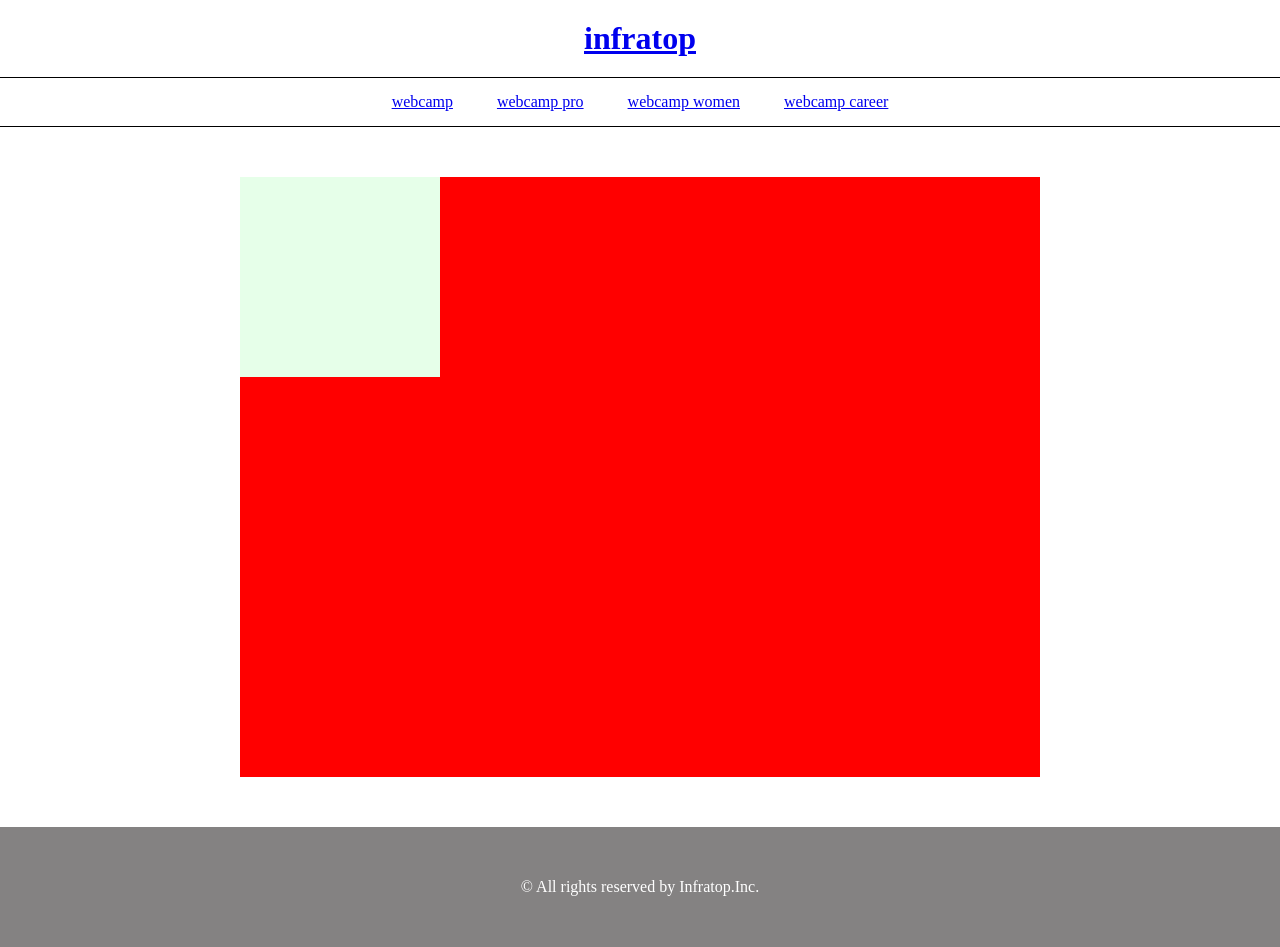
Repository: CarAll02/git-practice
Page: chapter5_exercise/index.html
The author's editor kept a record of every edit. The page is drawn from the files as they stood at one moment, then again after the next edit.
The browser window is 1280 px wide. The pictures show the whole page.

Above is the page before.

After the next edit:
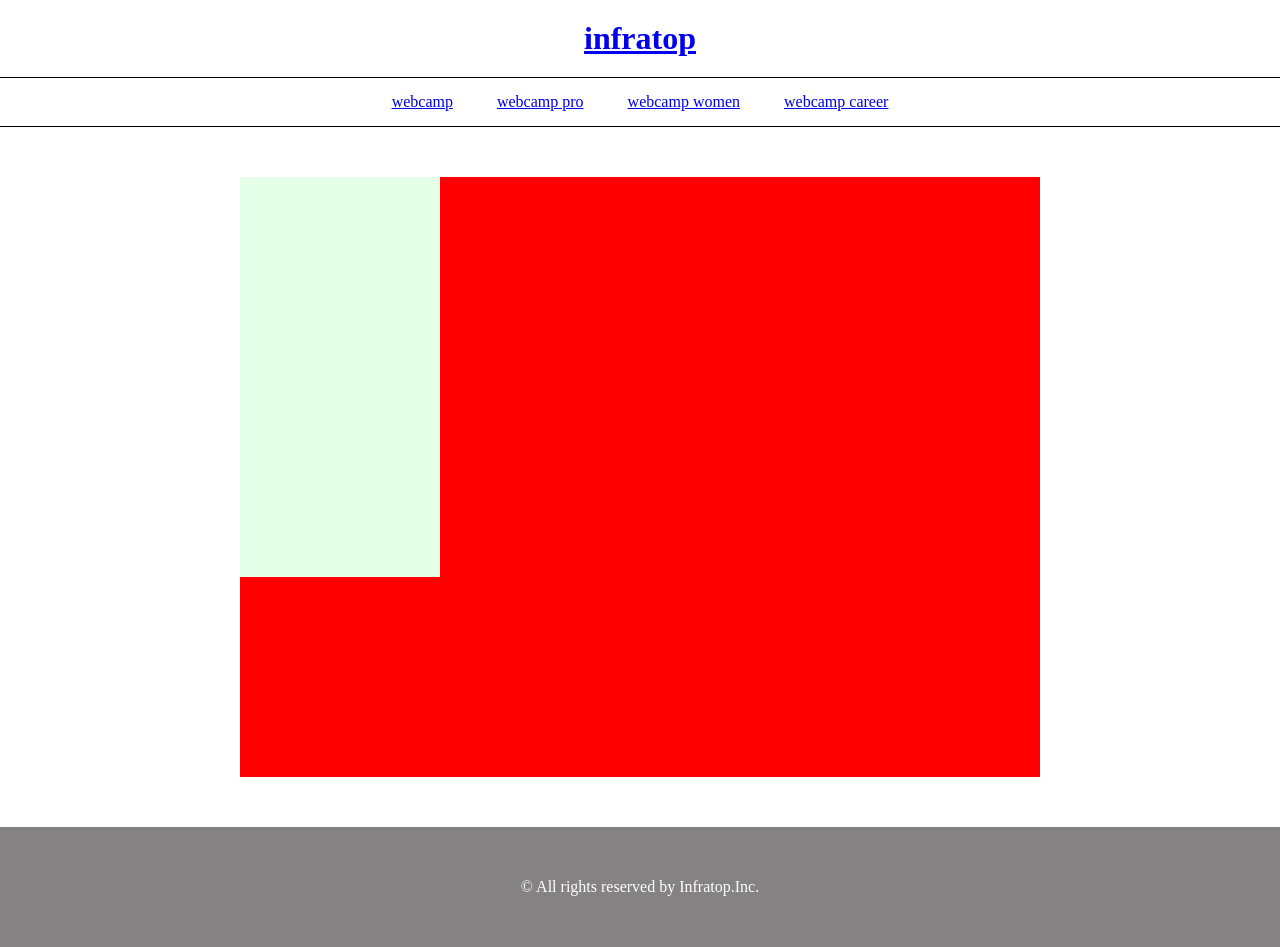
The edit:
--- a/chapter5_exercise/style.css
+++ b/chapter5_exercise/style.css
@@ -50,7 +50,7 @@
   background-color: #e6ffe9;
 }
 
-.green1{
+.green2{
   width:200px;
   height: 200px;
   background-color: #e6ffe9;
